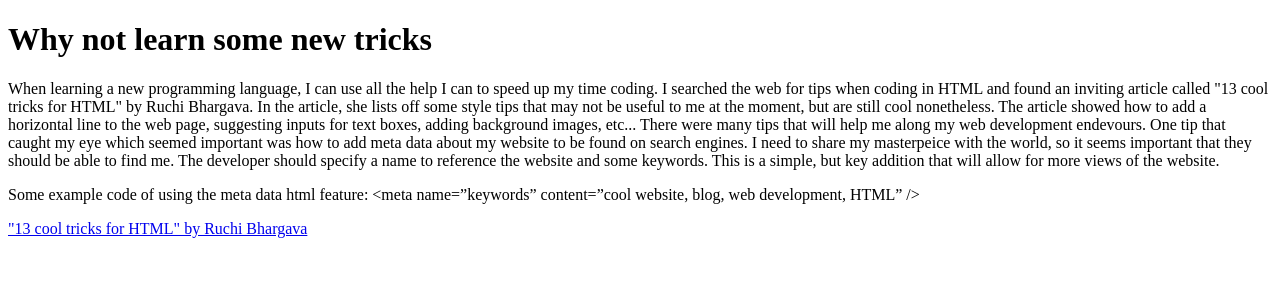
Repository: alharama/WebBlog
Page: index.html
The author's editor kept a copy of each file at every save. The page is drawn from the files as they stood at one save, then again after the next save.
The browser window is 1280 px wide. The pictures show the whole page.

Above is the page before, as saved 2021-09-03 00:43:00.

### index.html
<!DOCTYPE html>
<html>
<head>
<title>Blog Post for September 3rd</title>
</head>
<body>

<h1>Why not learn some new tricks</h1>
<p>
        When learning a new programming language, I can use all the help I can to speed
    up my time coding. I searched the web for tips when coding in HTML and found an inviting
    article called "13 cool tricks for HTML" by Ruchi Bhargava. In the article, she lists off some style
    tips that may not be useful to me at the moment, but are still cool nonetheless. The article showed
    how to add a horizontal line to the web page, suggesting inputs for text boxes, adding background images,
    etc... There were many tips that will help me along my web development endevours.
        One tip that caught my eye which seemed important was how to add meta data about my website to be
    found on search engines. I need to share my masterpeice with the world, so it seems important that they
    should be able to find me. The developer should specify a name to reference the website and some keywords.
    This is a simple, but key addition that will allow for more views of the website.
</p>

</body>




    <p> Some example code of using the meta data html feature:
            &lt;meta name=”keywords” content=”cool website, blog, web development, HTML” /> </p>


<footer>
    <a href="https://www.freelancer.com/articles/web-development/13-cool-tricks-for-html" target="_blank">"13 cool tricks for HTML" by Ruchi Bhargava</a>
</footer>
</html>

After the next save:
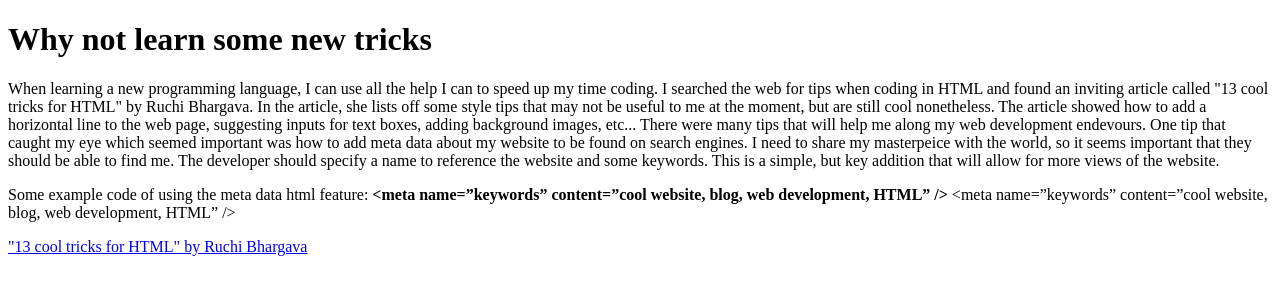
Saved 22 s later.
--- a/index.html
+++ b/index.html
@@ -25,7 +25,7 @@
 
 
     <p> Some example code of using the meta data html feature:
-            &lt;meta name=”keywords” content=”cool website, blog, web development, HTML” /> </p>
+            <b>&lt;meta name=”keywords” content=”cool website, blog, web development, HTML” /> </b>&lt;meta name=”keywords” content=”cool website, blog, web development, HTML” /> </p>
 
 
 <footer>
